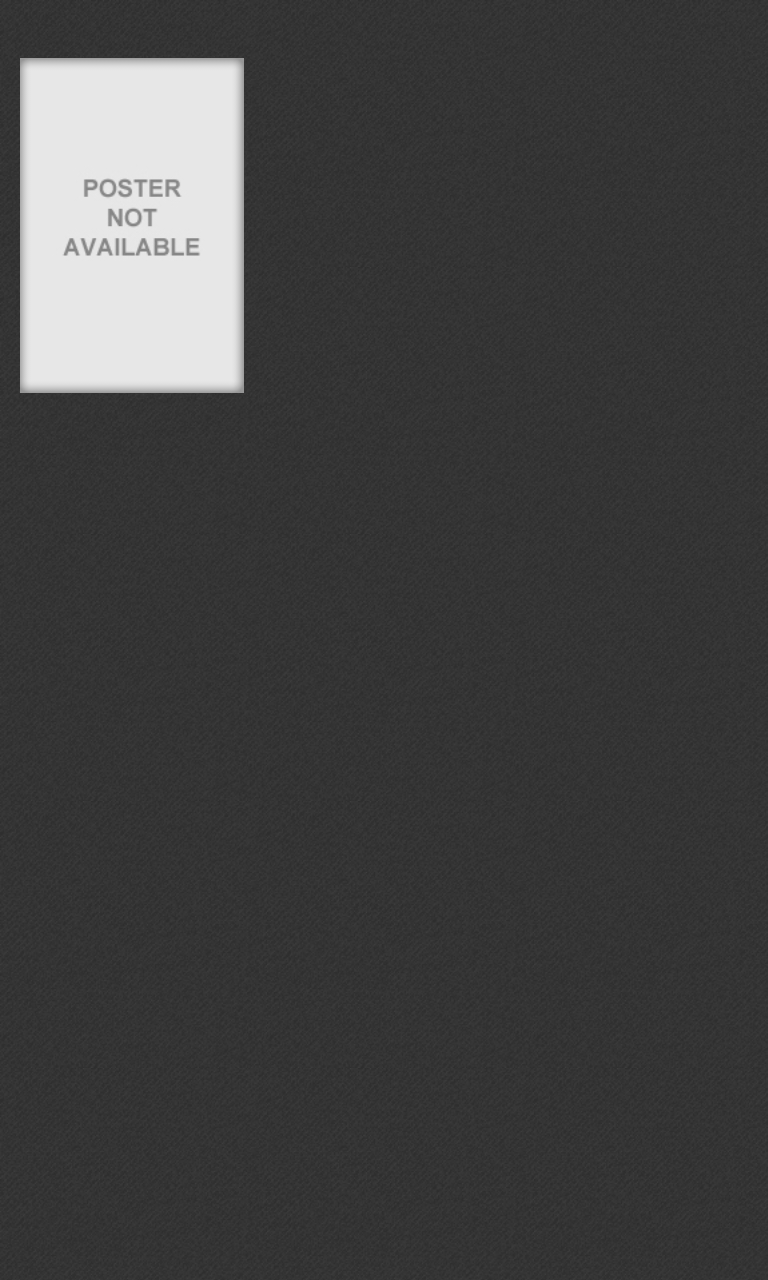
Repository: STracker/STrackerAndroid
Layout: STracker/res/layout/activity_tvshow.xml
The author's editor kept a copy of each file at every save. The layout is drawn from the files as they stood at one save, then again after the next save.
It is drawn on a 768 x 1280 px phone screen (xhdpi) without system bars, with theme AppTheme; the app's code is not run.

Above is the layout before, as saved 2013-06-02 14:57:23.

### STracker/res/layout/activity_tvshow.xml
<?xml version="1.0" encoding="utf-8"?>
<LinearLayout xmlns:android="http://schemas.android.com/apk/res/android"
    android:layout_width="match_parent"
    android:layout_height="match_parent"
    android:orientation="vertical"
    android:background="@layout/backrepeat" >

    <TextView
        android:id="@+id/title_name"
        android:src="@string/serie_name"
        android:textIsSelectable="false"
        style="@style/SerieTitle" />

    <ImageView
        android:id="@+id/poster_id"
        android:layout_width="wrap_content"
        android:layout_height="wrap_content"
        android:layout_marginTop="10dp"
        android:paddingLeft="10sp"
        android:contentDescription="@string/poster_desc"
        android:src="@drawable/img_no_poster" />

    <TextView
        android:id="@+id/title_description"
        android:src="@string/serie_desc"
        android:textIsSelectable="false"
        style="@style/SerieDescription"/>

</LinearLayout>

### STracker/res/values/styles.xml
<resources xmlns:android="http://schemas.android.com/apk/res/android">

    <!--
        Base application theme, dependent on API level. This theme is replaced
        by AppBaseTheme from res/values-vXX/styles.xml on newer devices.
    -->
    <style name="AppBaseTheme" parent="android:Theme.Light">
        <!--
            Theme customizations available in newer API levels can go in
            res/values-vXX/styles.xml, while customizations related to
            backward-compatibility can go here.
        -->
    </style>

    <!-- Application theme. -->
    <style name="AppTheme" parent="AppBaseTheme">
        <!-- All customizations that are NOT specific to a particular API-level can go here. -->
    </style>

    <style name="SerieTitle">
        <item name="android:textColor">@color/SteelBlue</item>
        <item name="android:typeface">monospace</item>
        <item name="android:layout_width">wrap_content</item>
		<item name="android:layout_height">wrap_content</item>
		<item name="android:textStyle">bold</item>
		<item name="android:textSize">14sp</item>
		<item name="android:paddingLeft">5sp</item>
    </style>

    <style name="SerieDescription">
        <item name="android:layout_width">match_parent</item>
        <item name="android:layout_height">wrap_content</item>
        <item name="android:textColor">@color/Snow</item>
		<item name="android:paddingLeft">5sp</item>
		<item name="android:paddingRight">5sp</item>
    </style>

    <!-- List of Colors -->
    <color name="White">#FFFFFF</color>
	<color name="Ivory">#FFFFF0</color>
	<color name="LightYellow">#FFFFE0</color>
	<color name="Yellow">#FFFF00</color>
	<color name="Snow">#FFFAFA</color>
	<color name="FloralWhite">#FFFAF0</color>
	<color name="LemonChiffon">#FFFACD</color>
	<color name="Cornsilk">#FFF8DC</color>
	<color name="Seashell">#FFF5EE</color>
	<color name="LavenderBlush">#FFF0F5</color>
	<color name="PapayaWhip">#FFEFD5</color>
	<color name="BlanchedAlmond">#FFEBCD</color>
	<color name="MistyRose">#FFE4E1</color>
	<color name="Bisque">#FFE4C4</color>
	<color name="Moccasin">#FFE4B5</color>
	<color name="NavajoWhite">#FFDEAD</color>
	<color name="PeachPuff">#FFDAB9</color>
	<color name="Gold">#FFD700</color>
	<color name="Pink">#FFC0CB</color>
	<color name="LightPink">#FFB6C1</color>
	<color name="Orange">#FFA500</color>
	<color name="LightSalmon">#FFA07A</color>
    <color name="DarkOrange">#FF8C00</color>
	<color name="Coral">#FF7F50</color>
	<color name="HotPink">#FF69B4</color>
	<color name="Tomato">#FF6347</color>
	<color name="OrangeRed">#FF4500</color>
	<color name="DeepPink">#FF1493</color>
	<color name="Fuchsia">#FF00FF</color>
	<color name="Magenta">#FF00FF</color>
    <color name="Red">#FF0000</color>
	<color name="OldLace">#FDF5E6</color>
	<color name="LightGoldenrodYellow">#FAFAD2</color>
	<color name="Linen">#FAF0E6</color>
	<color name="AntiqueWhite">#FAEBD7</color>
	<color name="Salmon">#FA8072</color>
	<color name="GhostWhite">#F8F8FF</color>
	<color name="MintCream">#F5FFFA</color>
	<color name="WhiteSmoke">#F5F5F5</color>
	<color name="Beige">#F5F5DC</color>
	<color name="Wheat">#F5DEB3</color>
	<color name="SandyBrown">#F4A460</color>
	<color name="Azure">#F0FFFF</color>
	<color name="Honeydew">#F0FFF0</color>
	<color name="AliceBlue">#F0F8FF</color>
	<color name="Khaki">#F0E68C</color>
	<color name="LightCoral">#F08080</color>
	<color name="PaleGoldenrod">#EEE8AA</color>
	<color name="Violet">#EE82EE</color>
	<color name="DarkSalmon">#E9967A</color>
    <color name="Lavender">#E6E6FA</color>
	<color name="LightCyan">#E0FFFF</color>
	<color name="BurlyWood">#DEB887</color>
	<color name="Plum">#DDA0DD</color>
	<color name="Gainsboro">#DCDCDC</color>
	<color name="Crimson">#DC143C</color>
	<color name="PaleVioletRed">#DB7093</color>
	<color name="Goldenrod">#DAA520</color>
	<color name="Orchid">#DA70D6</color>
	<color name="Thistle">#D8BFD8</color>
	<color name="LightGrey">#D3D3D3</color>
	<color name="Tan">#D2B48C</color>
	<color name="Chocolate">#D2691E</color>
	<color name="Peru">#CD853F</color>
	<color name="IndianRed">#CD5C5C</color>
	<color name="MediumVioletRed">#C71585</color>
	<color name="Silver">#C0C0C0</color>
	<color name="DarkKhaki">#BDB76B</color>
	<color name="RosyBrown">#BC8F8F</color>
	<color name="MediumOrchid">#BA55D3</color>
	<color name="DarkGoldenrod">#B8860B</color>
	<color name="FireBrick">#B22222</color>
	<color name="PowderBlue">#B0E0E6</color>
	<color name="LightSteelBlue">#B0C4DE</color>
	<color name="PaleTurquoise">#AFEEEE</color>
	<color name="GreenYellow">#ADFF2F</color>
	<color name="LightBlue">#ADD8E6</color>
	<color name="DarkGray">#A9A9A9</color>
	<color name="Brown">#A52A2A</color>
	<color name="Sienna">#A0522D</color>
	<color name="YellowGreen">#9ACD32</color>
	<color name="DarkOrchid">#9932CC</color>
	<color name="PaleGreen">#98FB98</color>
	<color name="DarkViolet">#9400D3</color>
	<color name="MediumPurple">#9370DB</color>
	<color name="LightGreen">#90EE90</color>
	<color name="DarkSeaGreen">#8FBC8F</color>
	<color name="SaddleBrown">#8B4513</color>
	<color name="DarkMagenta">#8B008B</color>
	<color name="DarkRed">#8B0000</color>
	<color name="BlueViolet">#8A2BE2</color>
	<color name="LightSkyBlue">#87CEFA</color>
	<color name="SkyBlue">#87CEEB</color>
	<color name="Gray">#808080</color>
    <color name="Olive">#808000</color>
	<color name="Purple">#800080</color>
	<color name="Maroon">#800000</color>
	<color name="Aquamarine">#7FFFD4</color>
	<color name="Chartreuse">#7FFF00</color>
	<color name="LawnGreen">#7CFC00</color>
	<color name="MediumSlateBlue">#7B68EE</color>
	<color name="LightSlateGray">#778899</color>
	<color name="SlateGray">#708090</color>
	<color name="OliveDrab">#6B8E23</color>
	<color name="SlateBlue">#6A5ACD</color>
	<color name="DimGray">#696969</color>
	<color name="MediumAquamarine">#66CDAA</color>
	<color name="CornflowerBlue">#6495ED</color>
	<color name="CadetBlue">#5F9EA0</color>
	<color name="DarkOliveGreen">#556B2F</color>
	<color name="Indigo">#4B0082</color>
	<color name="MediumTurquoise">#48D1CC</color>
	<color name="DarkSlateBlue">#483D8B</color>
	<color name="SteelBlue">#4682B4</color>
    <color name="RoyalBlue">#4169E1</color>
	<color name="Turquoise">#40E0D0</color>
	<color name="MediumSeaGreen">#3CB371</color>
	<color name="LimeGreen">#32CD32</color>
	<color name="DarkSlateGray">#2F4F4F</color>
    <color name="SeaGreen">#2E8B57</color>
	<color name="ForestGreen">#228B22</color>
	<color name="LightSeaGreen">#20B2AA</color>
	<color name="DodgerBlue">#1E90FF</color>
	<color name="MidnightBlue">#191970</color>
	<color name="Aqua">#00FFFF</color>
	<color name="Cyan">#00FFFF</color>
	<color name="SpringGreen">#00FF7F</color>
	<color name="Lime">#00FF00</color>
	<color name="MediumSpringGreen">#00FA9A</color>
	<color name="DarkTurquoise">#00CED1</color>
	<color name="DeepSkyBlue">#00BFFF</color>
    <color name="DarkCyan">#008B8B</color>
	<color name="Teal">#008080</color>
	<color name="Green">#008000</color>
	<color name="DarkGreen">#006400</color>
	<color name="Blue">#0000FF</color>
	<color name="MediumBlue">#0000CD</color>
	<color name="DarkBlue">#00008B</color>
	<color name="Navy">#000080</color>
	<color name="Black">#000000</color>
</resources>

### STracker/res/layout/backrepeat.xml
<?xml version="1.0" encoding="utf-8"?>
<bitmap xmlns:android="http://schemas.android.com/apk/res/android"
    android:src="@drawable/bckgnd_pattern"
    android:tileMode="repeat" />

### STracker/res/values/strings.xml
<?xml version="1.0" encoding="utf-8"?>
<resources>
    <string name="app_name">STracker</string>
    <string name="search_hint">Search Series</string>
	<string name="next_episode">Next Episodes</string>
	<string name="start_btn">Serie Request!</string>
	<string name="async_task">Serie Information</string>

	<!-- Information about TvShow -->
	<string name="serie_name">Name: </string>
	<string name="serie_desc">Description: </string>
	<string name="serie_runtime">Runtime: </string>
	<string name="serie_airday">Airday: </string>
	<string name="serie_genres">Genres: </string>
	<string name="serie_rating">Rating: </string>
	<string name="poster_desc">Poster</string>

	<!-- Menu Items -->
	<string name="action_profile">Profile</string>
	<string name="action_friends">Friends</string>
	<string name="action_series">Following</string>
	<string name="action_settings">Settings</string>
	<string name="action_search">Search</string>
	<string name="action_messages">Messages</string>
	<string name="subitem_search_by_name">Search by Name</string>
	<string name="subitem_search_by_genre">Search by Genre</string>
	<string name="subitem_search_friend">Search Friend</string>
</resources>

Loaded but not shown: STracker/res/values-v11/styles.xml (common file); STracker/res/values-v14/styles.xml (common file)

After the next save:
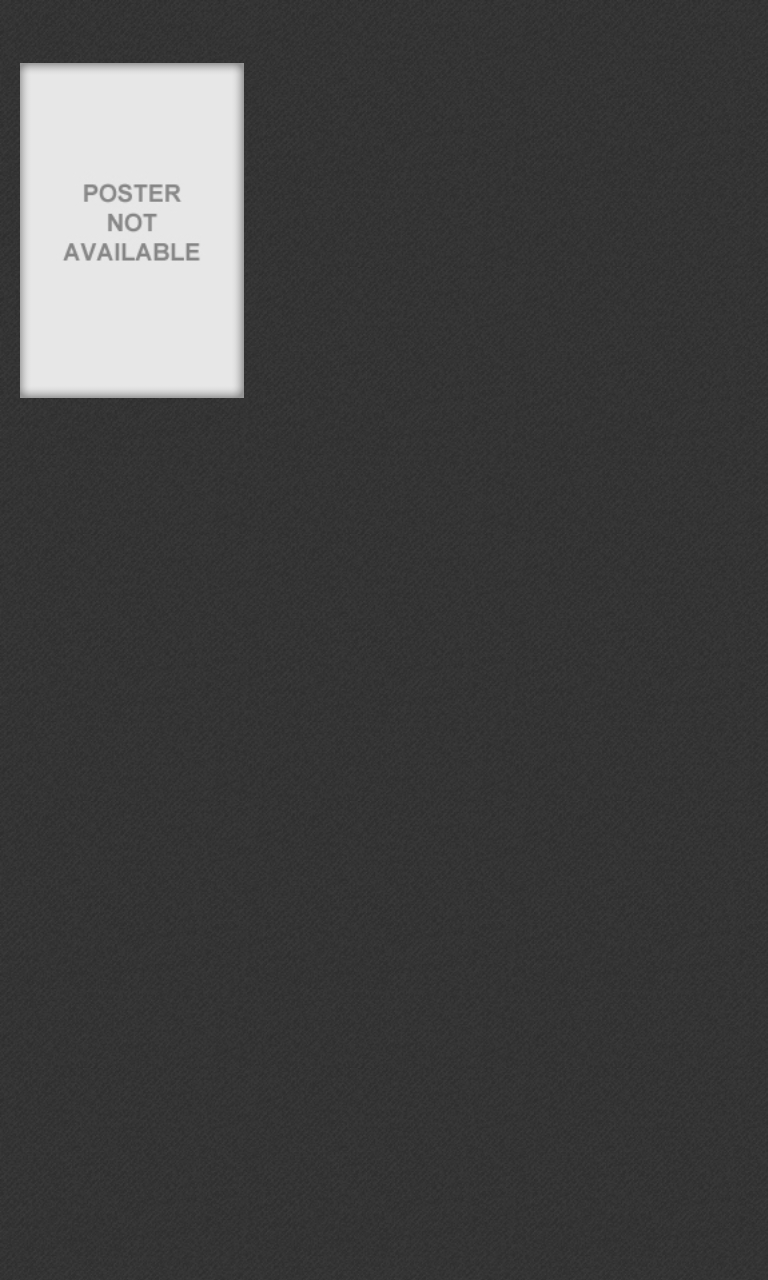
Saved 5 s later.
--- a/STracker/res/values/styles.xml
+++ b/STracker/res/values/styles.xml
@@ -23,7 +23,7 @@
         <item name="android:layout_width">wrap_content</item>
 		<item name="android:layout_height">wrap_content</item>
 		<item name="android:textStyle">bold</item>
-		<item name="android:textSize">14sp</item>
+		<item name="android:textSize">16sp</item>
 		<item name="android:paddingLeft">5sp</item>
     </style>
 
